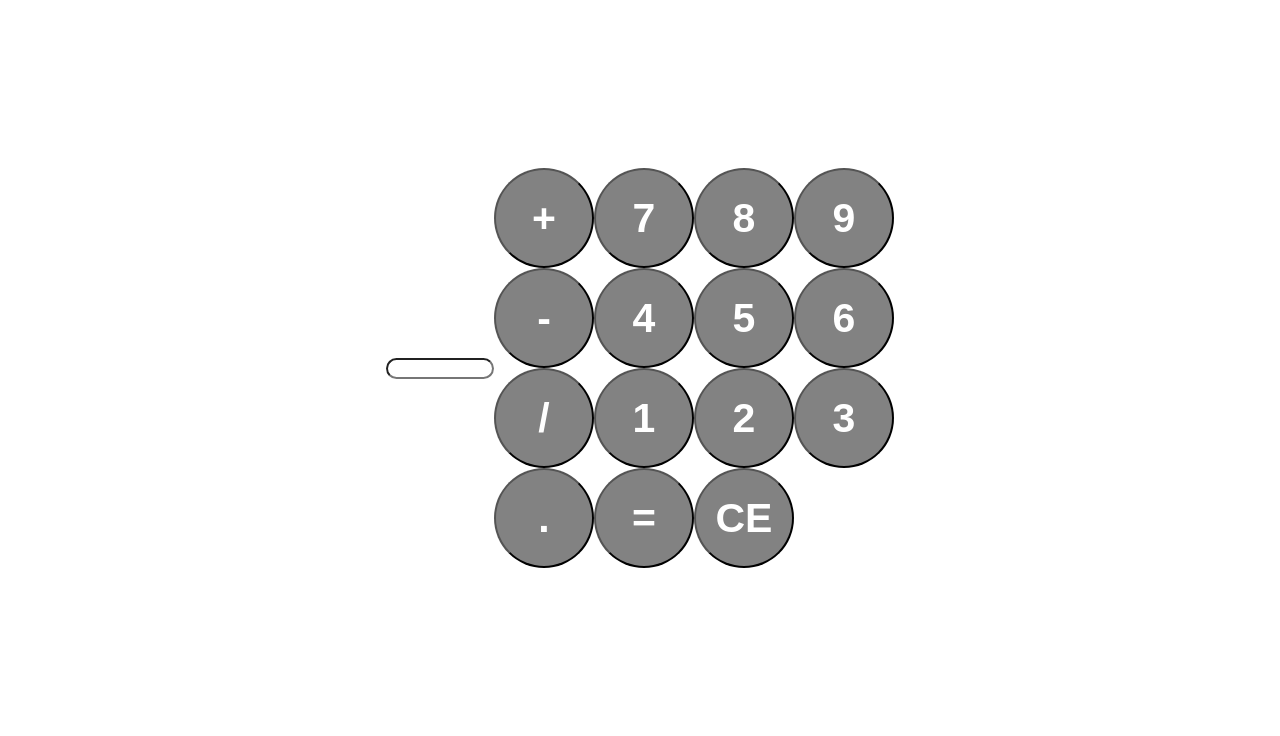
Repository: rkrukshan/JS-Calculator
Page: index.html
An editor plug-in stored every save of this project. The page is shown before and after the next save, followed by the edit.
The browser window is 1280 px wide. The pictures show the whole page.

Above is the page before, as saved 2024-09-02 13:31:15.

### index.html
<!DOCTYPE html>
<html lang="en">

<head>
    <meta charset="UTF-8">
    <meta name="viewport" content="width=device-width, initial-scale=1.0">
    <title>Document</title>
    <link rel="stylesheet" href="style.css">
</head>

<body>
    <div id="calculator">
        <input id="screen" readonly>
        <div id="buttons">

            <button onclick="appendScreen('+')">+</button>
            <button onclick="appendScreen('7')">7</button>
            <button onclick="appendScreen('8')">8</button>
            <button onclick="appendScreen('9')">9</button>
            <button onclick="appendScreen('-')">-</button>
            <button onclick="appendScreen('4')">4</button>
            <button onclick="appendScreen('5')">5</button>
            <button onclick="appendScreen('6')">6</button>
            <button onclick="appendScreen('/')">/</button>
            <button onclick="appendScreen('1')">1</button>
            <button onclick="appendScreen('2')">2</button>
            <button onclick="appendScreen('3')">3</button>
            <button onclick="appendScreen('.')">.</button>
            <button onclick="appendScreen('=')">=</button>
            <button onclick="appendScreen('CE')">CE</button>

        </div>
    </div>
</body>

</html>

### style.css
#calculator {
  display: flex;
  align-items: center;
  height: 100vh;
  justify-content: center;
  border: none;
}
#screen {
  width: 100px;
  color: white;
  border-radius: 15px;
}
#buttons {
  display: grid;
  grid-template-columns: repeat(4, 1fr);
  gap: ;
}
button{
    width: 100px;
    height: 100px;
    border-radius: 50px;
    color: white;
    background-color: hsl(0, 0%,51%);
    font-size: 41px;
    font-weight: bold;
}

After the next save:
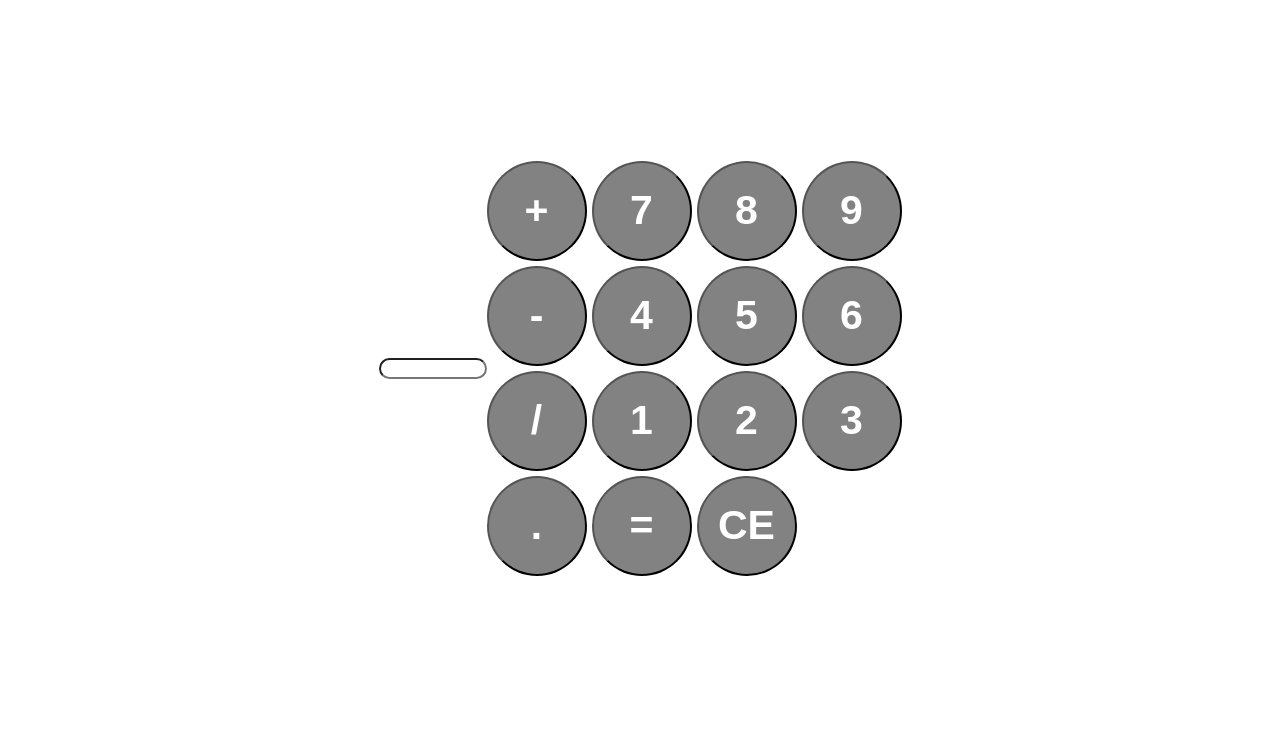
Saved 8 s later.
--- a/style.css
+++ b/style.css
@@ -13,7 +13,7 @@
 #buttons {
   display: grid;
   grid-template-columns: repeat(4, 1fr);
-  gap: ;
+  gap: 5px;
 }
 button{
     width: 100px;
